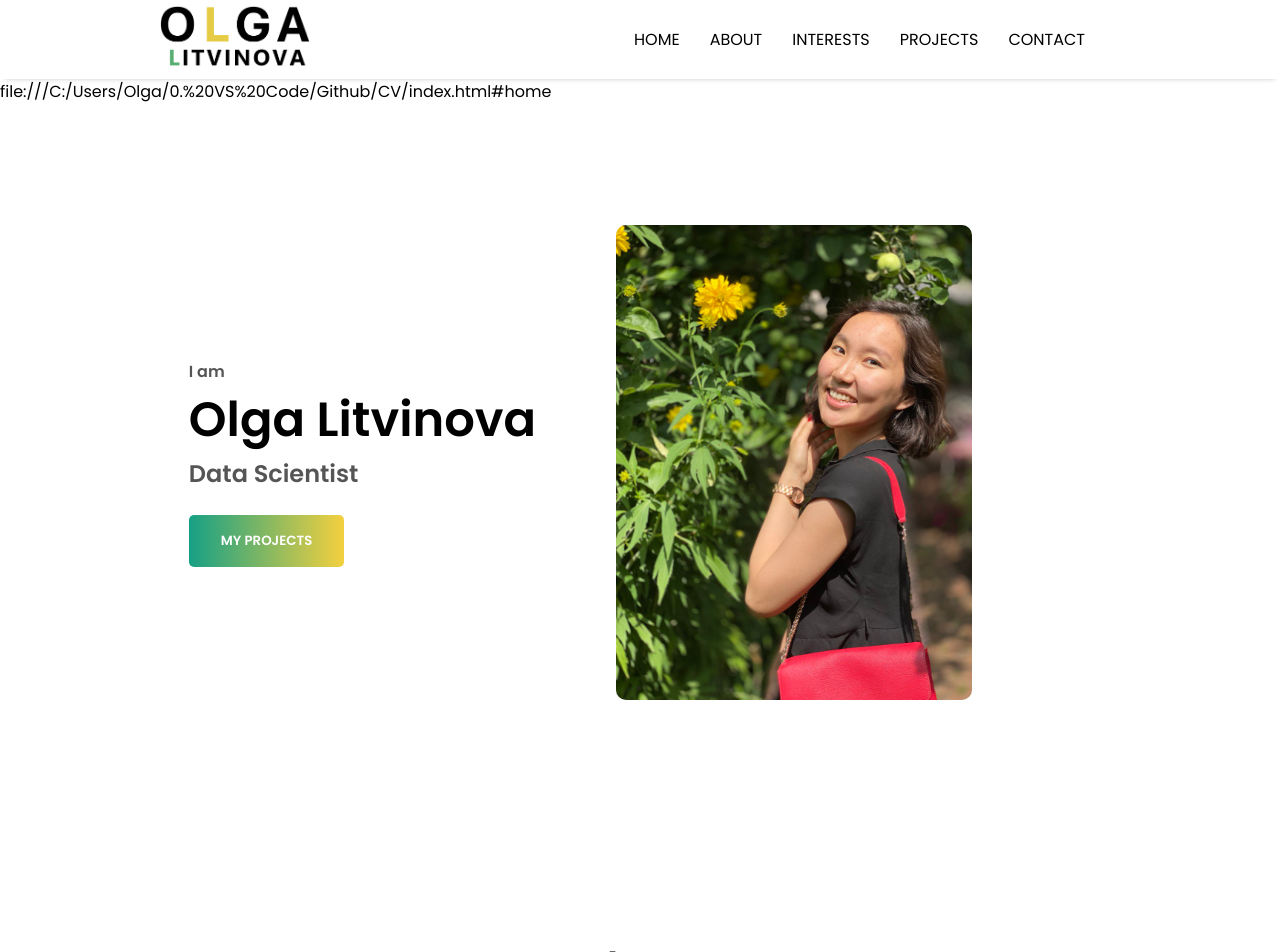
Repository: OlgaKuzminichna/CV
Page: index.html
The author's editor kept a copy of each file at every save. The page is drawn from the files as they stood at one save, then again after the next save.
The browser window is 1280 px wide. The pictures show the part of the page from y = 0 to 952 px (the page is 4201 px tall).
A picture or video elsewhere on the page could not be fetched, so the positions and the page height are approximate.

Above is the page before, as saved 2024-11-24 21:28:36.

### index.html
<!DOCTYPE html>
<html lang="en">
<head>
    <meta charset="UTF-8">
    <meta name="viewport" content="width=device-width, initial-scale=1.0">
    <title>Olga Litvinova | Data Scientist</title>
    <link rel="stylesheet" href="style.css">
    <link rel="icon" href="./images/logo2.png" type="image/x-icon">
    <script type="text/javascript" src="https://cdn.jsdelivr.net/npm/@emailjs/browser@3/dist/email.min.js"></script>
</head>
<body>
    <header>
        <nav id="navigation">
            <div class="site-header">
                <div class="site-logo">
                    <img src="./images/logo.png" alt="Olga Litvinova">
                </div>
                <ul class="link-list">
                    <li><a href="#home">HOME</a></li>
                    <li><a href="#about">ABOUT</a></li>
                    <li><a href="#skills">INTERESTS</a></li>
                    <li><a href="#projects">PROJECTS</a></li>
                    <li><a href="#contact">CONTACT</a></li>
                    <!-- <li><a href="#resume">RESUME</a></li> -->
                </ul>
            </div>
        </nav>
        <nav id="responsive-nav">
            <div class="site-header">
                <div class="site-logo">
                    <img src="./images/logo.png" alt="Olga Litvinova">
                </div>
                <div class="hamburger-menu">
                    <div class="icon-toggle" onclick="toggleMenu()">
                        <span></span>
                        <span></span>
                        <span></span>
                    </div>
                    <div class="dropdown-links">
                        <li><a href="#home" onclick="toggleMenu()">HOME</a></li>
                        <li><a href="#about" onclick="toggleMenu()">ABOUT</a></li>
                        <li><a href="#skills" onclick="toggleMenu()">INTERESTS</a></li>
                        <li><a href="#projects" onclick="toggleMenu()">PROJECTS</a></li>
                        <li><a href="#contact" onclick="toggleMenu()">CONTACT</a></li>
                        <!-- <li><a href="#resume" onclick="toggleMenu()">RESUME</a></li> -->
                    </div>
                </div>
            </div>
        </nav>
    </header>
    file:///C:/Users/Olga/0.%20VS%20Code/Github/CV/index.html#home
    <main>
        <section id="home">
            <div class="intro-left">
                <p class="intro-text2">I am</p>
                <h1 class="primary-title">Olga Litvinova</h1>
                <p class="intro-role">Data Scientist</p>
                <div class="button-group">
                    <button class="main-btn" onclick="location.href='./#projects'">
                        MY PROJECTS
                    </button>
                </div>
            </div>
            <div class="intro-right">
                <img src="./images/Litvinova.jpg" alt="Olga Litvinova Picture" />
            </div>
        </section>
        <section id="about">
            <h1 class="secondary-title">About</h1>
            <div class="description-container">
                <p>
                    I’m passionate about helping companies and researchers unlock insights from their data through powerful analysis and visual storytelling. <br>
                    <br>
                    My expertise lies in data visualization, where I turn complex datasets into clear, interactive visuals that drive impactful decisions. Whether you’re looking to convey results with precision or create dynamic, interactive charts, I’m here to bring your data to life.
                </p>
                <p>
                    <br>
                    With over 4 years of experience in data science, I’ve had the privilege of collaborating with industry leaders like Schneider Electric, RWE, and Siemens Healthineers, delivering solutions that make data accessible and actionable.
                </p>

            </div>

            <div class="timeline">
                <svg width="1000" height="100">
                    <!-- Line -->
                    <line x1="0" y1="50" x2="1000" y2="50" style="stroke:black; stroke-width:1.5"></line>
                    <!-- 2020 Event -->
                    <circle cx="50" cy="50" r="10" stroke="#8fb9a1" stroke-width="6" fill="rgb(87, 174, 114)"></circle>
                    <text text-anchor="middle" x="50" y="80" fill="black">2020</text>
                    <text style="font-size:13" text-anchor="middle" x="180" y="30" fill="black">Commercial Control Analyst</text>
                    <text style="font-size:13; font-style: italic" text-anchor="middle" x="180" y="80" fill="#888888">Schneider Electric</text>


                    <circle cx="300" cy="50" r="10" stroke="#8fb9a1" stroke-width="6" fill="rgb(87, 174, 114)"></circle>
                    <text text-anchor="middle" x="300" y="80" fill="black">2022</text>
                    <text style="font-size:13" text-anchor="middle" x="430" y="30" fill="black">Data Transformation Manager</text>
                    <text style="font-size:13; font-style: italic" text-anchor="middle" x="430" y="80" fill="#888888">Schneider Electric</text>

                    <circle cx="550" cy="50" r="10" stroke="#8fb9a1" stroke-width="6" fill="rgb(87, 174, 114)"></circle>
                    <text text-anchor="middle" x="550" y="80" fill="black">2023</text>
                    <text style="font-size:13" text-anchor="middle" x="650" y="30" fill="black">Data Analyst</text>
                    <text style="font-size:13; font-style: italic" text-anchor="middle" x="650" y="80" fill="#888888">RWE</text>

                    <circle cx="750" cy="50" r="10" stroke="#8fb9a1" stroke-width="6" fill="rgb(87, 174, 114)"></circle>
                    <text text-anchor="middle" x="750" y="80" fill="black">2024</text>
                    <text style="font-size:13" text-anchor="middle" x="880" y="30" fill="black">Process Mining Analyst</text>
                    <text style="font-size:13; font-style: italic" text-anchor="middle" x="880" y="80" fill="#888888">Siemens Healthineers</text>
                </svg>
            </div>
        </section>


        <section id="skills">
            <h1 class="secondary-title">Areas of Interests</h1>
            <div class="description-container">
                <p>I can optimize your data for better results, informed decisions, and cost savings. My proficiency in technical tools like SQL, Python, HTML, CSS, Power BI, and Tableau, combined with strong soft skills, enables me to deliver impactful data solutions.</p>
            </div>
            <div class="skill-article-group">
                <article class="skill-card">
                    <img src="./images/data-analysis.png" alt="Data Analysis Icon" class="icon"/>
                    <div>
                        <h3>Data Analysis</h3>
                        <p>Uncover hidden insights and patterns within your data to identify trends, anomalies, and opportunities for data-driven decision-making.</p>
                    </div>
                </article>
                <article class="skill-card">
                    <img src="./images/data-analytics.png" alt="Data Analytics Icon" class="icon"/>
                    <div>
                        <h3>Data Analytics</h3>
                        <p>Harness the power of advanced analytics, including predictive models and machine learning solutions to forecast outcomes, optimize processes, and gain a competitive edge.</p>
                    </div>
                </article>
                <article class="skill-card">
                    <img src="./images/data-visualization.png" alt="Data Visualization Icon" class="icon"/>
                    <div>
                        <h3>Data Visualization</h3>
                        <p>Transform complex data into clear and compelling visual narratives. Create custom dashboards and reports for enhanced data communication and understanding.</p>
                    </div>
                </article>
                <article class="skill-card">
                    <img src="./images/technical-writing.png" alt="Technical Writing Icon" class="icon"/>
                    <div>
                        <h3>Technical Writing</h3>
                        <p>Translate intricate technical concepts into clear and concise documentation. From reports to comprehensive materials, I ensure your data projects are well-documented and readily accessible.</p>
                    </div>
                </article>
                <article class="skill-card">
                    <img src="./images/front-end-web-development.png" alt="Front End Web Development Icon" class="icon"/>
                    <div>
                        <h3>Web Development</h3>
                        <p>Craft intuitive web interfaces that deliver information in an accessible format. Design and build data-driven web solutions that seamlessly blend functionality and aesthetics.</p>
                    </div>
                </article>
                <article class="skill-card">
                    <img src="./images/collaboration.png" alt="Collaboration Icon" class="icon"/>
                    <div>
                        <h3>Collaboration</h3>
                        <p>Collaborate seamlessly with your team to integrate data solutions into your business processes. Whether it's short-term projects or ongoing data-driven initiatives, I'm here to support your success.</p>
                    </div>
                </article>
            </div>
        </section>
        <section id="projects">
            <h1 class="secondary-title">Projects</h1>
            <div class="project-group">
                <div class="project-detail-card">
                    <img src="./images/cyclistic.png" class="project-image"/>
                    <h2 class="project-title">Cyclistic Bike-Share Analytics</h2>
                    <p>A comprehensive analysis of Cyclistic Bike-Share program, featuring Exploratory Data Analysis (EDA), A/B Testing, SARIMA Time Series Forecasting, and interactive Tableau dashboards to uncover user behavior, trends, and marketing strategies for growth.</p>
                    <div class="button-group">
                        <button class="main-btn project-btn"
                        onclick="location.href='https://medium.com/python-in-plain-english/revitalizing-cyclistic-bike-share-program-an-in-depth-data-exploration-556b52512bf8'">View Project</button>
                    </div>
                </div>
                <!-- Additional projects can go here, following the same structure -->
            </div>
        </section>

        <section id="contact">
            <h1 class="secondary-title">Contact Me</h1>

            <div class="social-media-buttons">
                <a href="https://github.com/OlgaKuzminichna" target="_blank" class="button github">
                    <img src="images/github.png" alt="GitHub Icon">
                    <span>GitHub</span>
                </a>
                <a href="https://public.tableau.com/app/profile/yourusername" target="_blank" class="button tableau">
                    <img src="images/tableau.svg" alt="Tableau Icon">
                    <span>Tableau</span>
                </a>
                <a href="https://www.linkedin.com/in/olga-l-7802b324b/" target="_blank" class="button linkedin">
                    <img src="images/linkedin.png" alt="LinkedIn Icon">
                    <span>LinkedIn</span>
                </a>
                <a href="mailto:litvinova2404@gmail.com" class="button email">
                    <img src="images/email.png" alt="Email Icon">
                    <span>Email</span>
                </a>
            </div>
            <form class="contact-form">
            <h2>Feel free to contact me for any question </h2>
            <div class="form-field">
                <label for="name">Name</label>
                <input type="text" id="name" placeholder="Enter your full name" required>
            </div>
            <div class="form-field">
                <label for="email">Email</label>
                <input type="email" id="email" placeholder="Enter your email" required>
            </div>
            <div class="form-field">
                <label for="message">Message</label>
                <textarea id="message" name="message" rows="5" required></textarea>
            </div>
            <button class="submit-btn form-field" onclick="sendMail()">Send Message</button>
            </form>

        </section>
        <footer>
            <p>Copyright &copy; Olga Litvinova 2024. All Rights Reserved.</p>
        </footer>
    </main>
    <script src="script.js"></script>
</body>
</html>

### style.css
@import url('https://fonts.googleapis.com/css2?family=Poppins:wght@300;400;500;600&display=swap');

* {
    margin: 0;
    padding: 0;
    box-sizing: border-box;
}

body {
    font-family: 'Poppins', sans-serif;
    margin: 0;
    padding: 0;
}

p {
    color: #555;
}

a, .btn {
    transition: color 0.5s ease, background-color 0.5s ease;
}

header {
    position: sticky;
    top: 0;
    background-color: white;
    padding: 0;
    z-index: 2;
}

.site-header {
    width: 100%;
    padding: 5px 0px;
    display: flex;
    align-items: center;
    justify-content: space-between;
    margin: 0 10rem;
}

nav {
    width: 100%;
    display: flex;
    align-items: center;
    box-shadow: 0 5px 5px -5px rgba(0,0,0,.2);
}

.link-list {
    list-style: none;
    display: flex;
    margin-right: 20px;
}

.link-list li {
    margin: 0 15px;
}

.site-logo img {
    max-width: 150px;
    height: auto;
}

a {
    color: black;
    text-decoration: none;
}

a:hover {
    color: rgb(87, 174, 114);
    text-decoration: underline;
    text-underline-offset: 1rem;
    text-decoration-color: rgb(87, 174, 114);
}

/* HAMBURGER MENU */

#responsive-nav {
    display: none;
}

.hamburger-menu {
    position: relative;
    display: inline-block;
}

.icon-toggle {
    display: flex;
    flex-direction: column;
    justify-content: space-between;
    height: 24px;
    width: 30px;
    cursor: pointer;
}

.icon-toggle span {
    width: 100%;
    height: 2px;
    background-color: black;
    transition: all 0.3 ease-in-out;
}

.dropdown-links {
    position: absolute;
    top: 100%;
    right: 0%;
    background-color: white;
    width: fit-content;
    max-height: 0;
    overflow: hidden;
    transition: all 0.3 ease-in-out;
}

.dropdown-links a {
    display: block;
    padding: 10px;
    text-align: center;
    font-size: 1.2rem;
    color: black;
    text-decoration: none;
    transition: all 0.3 ease-in-out;
}

.dropdown-links a:hover {
    color: rgb(87, 174, 114);
}

.dropdown-links li {
    list-style: none;
}

.dropdown-links.open {
    max-height: 300px;
}

.icon-toggle.open span:nth-child(1) {
    transform: rotate(45deg) translate(10px, 5px);
}

.icon-toggle.open span:nth-child(2) {
    opacity: 0;
}

.icon-toggle.open span:nth-child(3) {
    transform: rotate(-45deg) translate(10px, -5px);
}

.icon-toggle span:nth-child(1),
.icon-toggle span:nth-child(2),
.icon-toggle span:nth-child(3) {
    transform: none;
}

main {
    margin-top: 60px;
}

section {
    margin: 0 10rem;
    box-sizing: border-box;
    min-height: fit-content;
}

.section-container {
    display: flex;
}

/* HOME */

#home {
    display: flex;
    justify-content: center;
    align-items: center;
    gap: 5rem;
    height: 85vh;
}

.intro-right {
    display: flex;
    height: 475px;
    width: 475px;
    margin: auto 0;
}

.intro-right img {
    border-radius: 10px;
}

.intro-left {
    align-self: justify;
    text-align: justify;
}

.intro-left p {
    font-weight: 600;
}

.intro-text {
    text-align: center;
}

.intro-text2 {
    text-align: justify;
}

.intro-role {
    font-size: 1.5rem;
    margin-bottom: 1rem;
}

.primary-title {
    font-size: 3rem;
    text-align: center;
}

.button-group {
    margin-top: 1.5rem;
    text-align: justify;

}

.main-btn {
    background: linear-gradient(to right, #16A085 0%, #F4D03F  50%, #16A085  100%);
    background-size: 200% auto;
    font-family: 'Poppins', sans-serif;
    border: none;
    color: white;
    padding: 1rem 2rem;
    font-weight: 600;
    border-radius: 5px;
    cursor: pointer;
    transition: background-color 0.3s ease, transform 0.2s ease;
}


.main-btn:hover {
    background-position: right center;
    transition: 0.5s;
    color: #fff;
    text-decoration: none;
    transform: scale(1.05);
}

/* ABOUT */

#about {
    padding-top: 5rem ;
    text-align: center;
}

.secondary-title {
    font-size: 2.5rem;
    position: relative;
}

.secondary-title::after {
    content: "";
    position: absolute;
    bottom: -10px;
    left: 50%;
    transform: translateX(-50%);
    width: 80px;
    height: 3.5px;
    background: linear-gradient(to right, #16A085 0%, #F4D03F  100%, #16A085  100%);
    border-radius: 1px;
}

.description-container {
    margin: 2rem auto;
}

.description-container p {
    color: #555;
    line-height: 1.6;
    text-align: left;
}

/* TIMELINE */

.timeline {
    text-align: center;
    padding: 0px;
    flex: 0 0 100%;
    max-width: 90%;
}




/* SKILLS */

#skills {
    padding-top: 5rem ;
    text-align: center;
}

.skill-article-group {
    display: flex;
    flex-wrap: wrap;
    justify-content: space-around;
    gap: 2.5rem;
}

.skill-card {
    display: flex;
    flex-direction: column;
    align-items: center;
    max-width: 320px;
    text-align: center;
}

.skill-card .icon {
    cursor: pointer;
    height: 90px;
    margin-bottom: 1rem;
}

.skill-card h3 {
    font-size: 1.5rem;
    color: #333;
}

.skill-card p {
    color: #777;
    line-height: 1.5;
    text-align: justify;
}

/* PROJECTS */

#projects {
    padding-top: 5rem ;
    text-align: center;
}

.project-group {
    display: flex;
    flex-wrap: wrap;
    justify-content: space-around;
    gap: 3.5rem;
    margin-top: 2rem;
}

.project-detail-card {
    background-color: white;
    border: 1px solid #ddd;
    border-radius: 5px;
    padding: 1.5rem;
    max-width: 540px;
    text-align: left;
    box-shadow: 0px 0px 10px rgba(0, 0, 0, 0.1);
    transition: transform 0.2s ease-in-out;
}

.project-detail-card:hover {
    transform: scale(1.02);
    box-shadow: 0px 0px 15px rgba(0, 0, 0, 0.2);
}

.project-image {
    max-width: 100%;
    height: auto;
}



/* CONTACT */

#contact {
    padding-top: 5rem ;
    text-align: center;

    margin: 0 auto;
}

/* CONTACT - social media links*/

.social-media-buttons {
    display: flex;
    justify-content: center;
    margin: 2rem;
}

.social-media-buttons .button {
    display: flex;
    align-items: center;
    justify-content: center;
    padding: 10px 15px;
    margin:15px;
    border-radius: 5px;
    text-decoration: none;
    font-family: 'Poppins', sans-serif;
    font-weight: bold;
    color: #555;
    transition: background-color 0.3s;
    border: 1px solid #333;
}

.social-media-buttons .button img {
    width: 50px;
    max-height: 100px;
    margin-right: 8px;
}


.social-media-buttons .button:hover {
    background: linear-gradient(to right, #16A085 0%, #F4D03F  200%, #16A085  100%);
    transform: scale(1.05);
    color: #fff;
}


/* CONTACT - Form */
.form-field {
    margin-bottom: 1rem;
}

.contact-form h2 {
    font-size: 1.5rem;
    margin:2rem;
}

label {
    display: block;
    font-weight: 600;
    margin-bottom: 0.5rem;
    text-align: justify;
    max-width: 400px;
    margin: 0 auto;
}

.form-field input,
.form-field textarea {
    max-width: 400px;
    width: 100%;
    padding: 0.5rem;
    font-size: 1rem;
    border: 1px solid #ccc;
    border-radius: 5px;
}

textarea {
    resize: none;
}

.submit-btn {
    background: linear-gradient(to right, #16A085 0%, #F4D03F  51%, #16A085  100%);
    background-size: 200% auto;
    border: none;
    color: white;
    padding: 1rem 2rem;
    font-weight: 600;
    border-radius: 5px;
    cursor: pointer;
    transition: background-color 0.3s ease, transform 0.2s ease;
    font-family: 'Poppins', sans-serif;
    margin-bottom: 3rem;

}

.submit-btn:hover {
    background-color: #57AE72;
    transform: scale(1.05);

}


/* FOOTER */

footer {
    padding: 1rem 0;
    text-align: center;
    background-color: #F9F9F7;
}

footer p {
    margin: 0;
}

footer p::before {
    font-size: 1.2rem;
    margin-right: 0.5rem;
}

/* RESPONSIVE STYLES */

@media screen and (max-width: 1400px) {
    #home {
        height: 83vh;
        margin-bottom: 6rem;
    }
}

@media screen and (max-width: 1200px) {
    #navigation {
        display: none;
    }
    #responsive-nav {
        display: flex;
    }
    section, .section-container {
        height: fit-content;
    }
    section {
        margin: 0 5%;
    }
    .intro-right {
        width: 275px;
        height: 275px;
        margin: 0 auto 2rem;
    }
    .project-group {
        gap: 2rem;
    }
    footer {
        padding: 1rem 0;
    }
    footer p {
        font-size: 0.7rem;
    }
}

@media (max-width: 999px) {
    .timeline {
        display: none;
    }
}

@media screen and (max-width: 768px) {
    .site-header {
        padding: 15px 20px;
        justify-content: space-between;
    }
    .icon-toggle {
        width: 25px;
    }
    .site-logo img {
        max-width: 35px;
    }
    .primary-title, .secondary-title {
        font-size: 1.6rem;
    }
}

@media screen and (max-width: 600px) {
    main {
        margin-top: 40px;
    }
}

### script.js
function toggleMenu() {
    const menu = document.querySelector(".dropdown-links");
    const icon = document.querySelector(".icon-toggle");
    menu.classList.toggle("open");
    icon.classList.toggle("open");
}

function sendMail() {
    var params = {
        name: document.getElementById("name").value,
        email: document.getElementById("email").value,
        message: document.getElementById("message").value
    };

    emailjs
    .send("service_20pigze", "template_jm79tde", params)
    .then((res) => {
        document.getElementById("name").value = "";
        document.getElementById("email").value = "";
        document.getElementById("message").value = "";
        console.log(res);
        alert("Message sent successfully!");
    })
    .catch((err) => console.log(err));
}

After the next save:
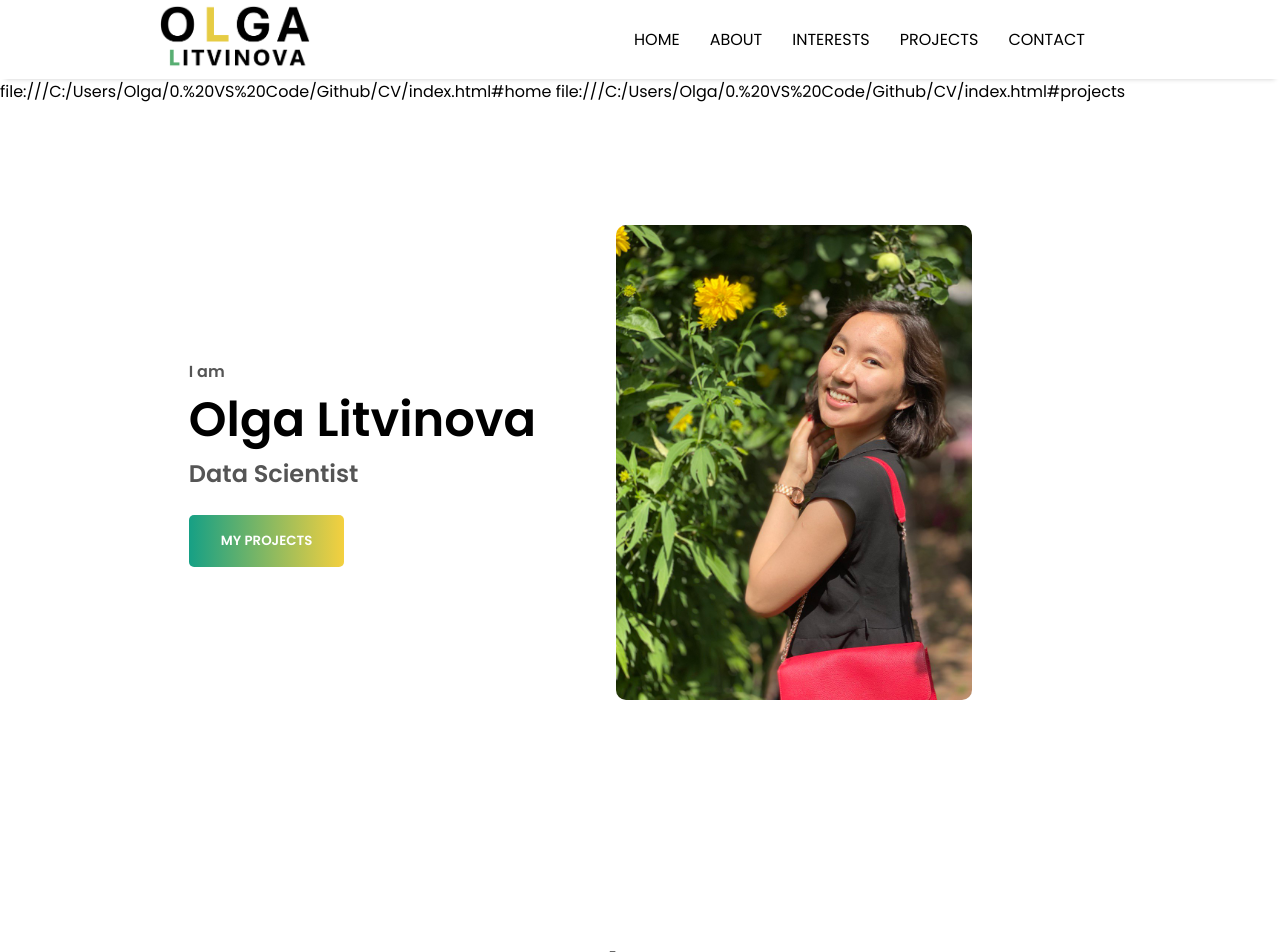
Saved 6 s later.
--- a/index.html
+++ b/index.html
@@ -49,6 +49,7 @@
         </nav>
     </header>
     file:///C:/Users/Olga/0.%20VS%20Code/Github/CV/index.html#home
+    file:///C:/Users/Olga/0.%20VS%20Code/Github/CV/index.html#projects
     <main>
         <section id="home">
             <div class="intro-left">
